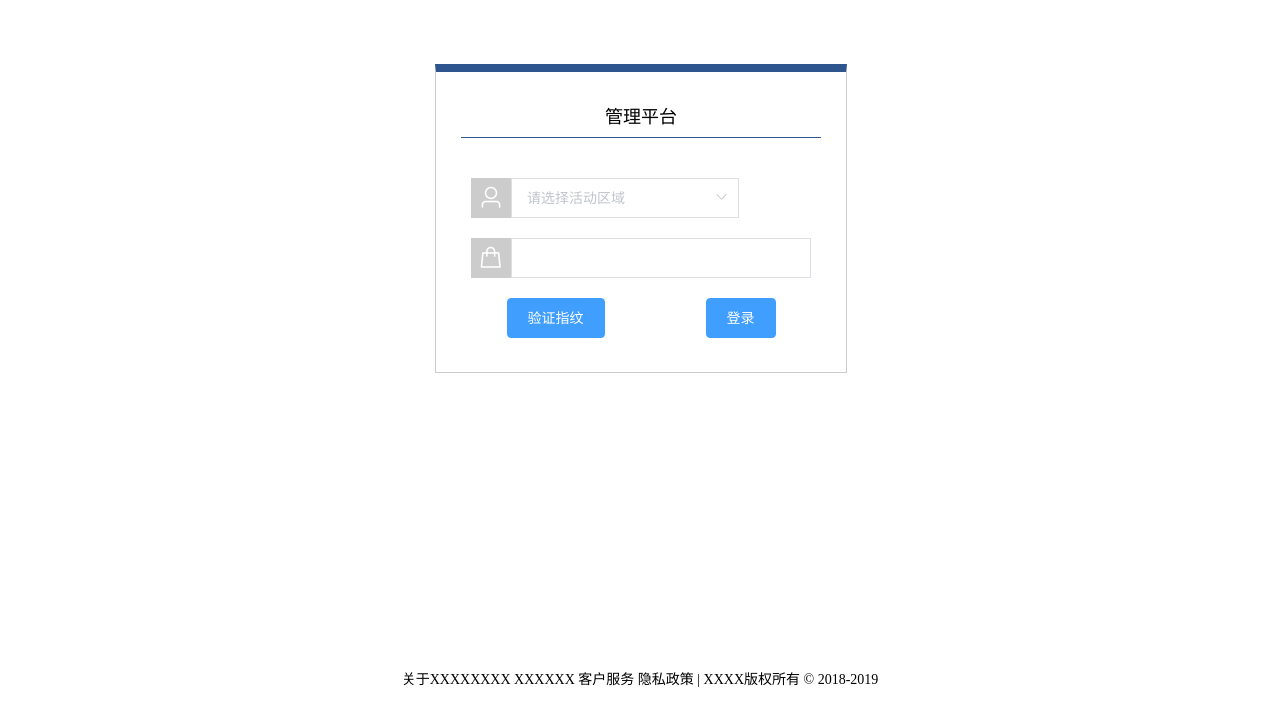
Repository: lff528/man_system
Page: /
These files come from the project's save history. The page is drawn as it stood at one moment and after the next save; the edit follows.
The browser window is 1280 px wide. The pictures show the whole page.
The project was rebuilt for these pictures with package versions that can differ from the ones it lists, and the page was loaded fresh each time.

Above is the page before, as saved 2020-01-03 13:41:21.

### index.html
<!DOCTYPE html>
<html>
  <head>
    <meta charset="utf-8">
    <meta name="viewport" content="width=device-width,initial-scale=1.0">
    <title>emcsWebUI</title>
  </head>
  <body>
    <div id="app"></div>
    <!-- built files will be auto injected -->
  </body>
</html>

### src/main.js
// The Vue build version to load with the `import` command
// (runtime-only or standalone) has been set in webpack.base.conf with an alias.
import Vue from 'vue'
import App from './App'
import router from './router'
import ElementUI from 'element-ui';
import 'element-ui/lib/theme-chalk/index.css';
import "./assets/css/reset.css";
// import "./assets/css/iconfont.css"
Vue.use(ElementUI);
Vue.config.productionTip = false

/* eslint-disable no-new */
new Vue({
  el: '#app',
  router,
  components: { App },
  template: '<App/>'
})

### src/router/index.js
import Vue from 'vue'
import Router from 'vue-router'
import login from '@/components/login'
import routers from "../until/router"


Vue.use(Router)

let routerAll = {
  routes: [
    {
      path: '/',
      name: 'login',
      component: login
    },
    {
      path: '/main',
      name: 'main',
      component: resolve => require(['@/view/main'], resolve),
      children:[{
        path: '/',
        name: 'shouye',
        component: resolve => require(['@/view/main/shouye'], resolve),
      },
      {
        path: '/quanzhanzonglan',
        name: 'quanzhanzonglan',
        component: resolve => require(['@/view/footerNav/quanzhanzonglan'], resolve),
      },
      {
        path: '/quanzhanbaowen',
        name: 'quanzhanbaowen',
        component: resolve => require(['@/view/footerNav/quanzhanbaowen'], resolve),
      },
      {
        path: '/yuexianxinxi',
        name: 'yuexianxinxi',
        component: resolve => require(['@/view/footerNav/yuexianxinxi'], resolve),
      },
      {
        path: '/yichangshebei',
        name: 'yichangshebei',
        component: resolve => require(['@/view/footerNav/yichangshebei'], resolve),
      },
    ]
    }
  ]
}
routers.forEach((item=>{
  if(item.children){


  item.children.forEach((itemA)=>{
    routerAll.routes[1].children.push({
      path: itemA.path,
      name: itemA.name,
      component: itemA.component,
    })
  })
}
}))

// console.log(routerAll.routes[1].children)
const router = new Router(routerAll)


export default router

### src/assets/css/reset.css
html{
	color:#000;
	background:#FFF;
}
body, div, dl, dt, dd, ul, ol, li,h1, h2, h3, h4, h5, h6, pre, code,form, fieldset, legend, input, button,textarea, p, blockquote, th, td {
	margin: 0;
	padding: 0;
	font-size: 14px;
}
html,body{
	height: 100%;
	background-color: #0b2b4a;
}
fieldset, img{
	border:0;
}
input,select,textarea{
	outline:none;
}
textarea{
	resize:none;
}
a{
	text-decoration:none;
}
table {
	border-collapse:collapse;
	border-spacing:0;
}
address,
caption,
cite,
code,
dfn,
em,
strong,
th,
var {
	font-style:normal;
	font-weight:normal;
}

ol,
ul {
	list-style:none;
}
/*版心*/
.w {
	width: 1170px;
	margin: 0 auto;
}

/* 万能清除浮动*/
.clearfix{
	zoom:1;
}
.clearfix:after{
    content: '';
    display:block;
    clear:both;
}

.left {
	float: left;
}

.right {
	float: right;
}

### src/components/login/index.vue
<template>
  <div class="login">
     <div class="login_header" :style="{height:curHeight+'px'}">
       <div class="main">
           <p class="main_title">管理平台</p>
          <div class="from_box">
              <p class="user_p">
                <span class="el-icon-user"></span>
                <el-select v-model="form.name" placeholder="请选择活动区域">
                  <el-option label="区域一" value="shanghai"></el-option>
                  <el-option label="区域二" value="beijing"></el-option>
                </el-select>
              </p>
              <p class="user_p">
                <span class="el-icon-goods" style="width:45px"></span>
                <el-input v-model="form.password"></el-input>
              </p>
              <p>
                 <el-button type="primary"  @click="onSubmit">验证指纹</el-button>
                  <el-button type="primary" @click="onSubmit">登录</el-button>
              </p>
          </div>
       </div>

     </div>
     <p class="login_footer">关于XXXXXXXX XXXXXX 客户服务 隐私政策 | XXXX版权所有 © 2018-2019</p>
  </div>
</template>

<script>
export default {
  name: 'login',
  data () {
    return {
      curHeight:'',
      form:{
        name:'',
        password:''
      }
    }
  },
  methods:{
    onSubmit(){
      this.$router.push('/main');

    }
  },
  beforeMount(height) {
      var h = document.documentElement.clientHeight || document.body.clientHeight;
      this.curHeight =h - 80; //减去页面上固定高度height
  },
}
</script>

<!-- Add "scoped" attribute to limit CSS to this component only -->
<style >
 .login .el-input__inner{
    border-radius: 0;
  }

</style>
<style scoped lang="less">

  .login{
      .login_header{
        background: white;
        .main{
          width: 360px;
          height: 250px;
          border: 1px solid #ccc;
          position: relative;
          left: 50%;
          margin-left: -205px;
          top: 10%;
          padding: 25px;
          background: white;
          border-top: 8px solid #2e558e;
          .main_title{
            height: 40px;
            text-align: center;
            line-height: 40px;
            border-bottom: 1px solid #2e558e;
            font-size: 18px;
            font-family: "\5FAE\8F6F\96C5\9ED1"
          }
          .from_box{
            p{
              margin-top: 20px;
              display: flex;
              span:first-child{
                display: inline-block;
                width: 40px;
                height: 40px;
                background: #ccc;
                font-size: 25px;
                line-height: 40px;
                text-align: center;
                color: white;
              }

            }
            p:first-child{
              margin-top: 40px;
            }
            .user_p{
              margin-left: 10px;
              margin-right: 10px;
            }
            p:last-child{
              display: flex;
              justify-content: space-around;
            }
          }
        }
      }
      .login_footer{
        height: 80px;
        line-height: 80px;
        text-align: center;
        background: white;
      }
  }
</style>

### src/until/router.js
let routers = [

    {
        title:"消防系统",
        icon:"el-icon-menu",
        children:[
            {
              icon:"el-icon-menu",
                path: '/xiaofangjiankong',
                name: 'xiaofangjiankong',
                component: resolve => require(['@/view/xiaofang/xiaofangjiankong'], resolve),
                title:'消防监控'
              },
              {
                path: '/huozaibaojing',
                name: 'huozaibaojing',
                component: resolve => require(['@/view/xiaofang/huozaibaojing'], resolve),
                title:'火灾报警系统'
              },
              {
                path: '/qitimiehuo',
                name: 'qitimiehuo',
                component: resolve => require(['@/view/xiaofang/qitimiehuo'], resolve),
                title:'气体灭火系统'
              },
              {
                path: '/xiaohuoshuan',
                name: 'xiaohuoshuan',
                component: resolve => require(['@/view/xiaofang/xiaohuoshuan'], resolve),
                title:'消火栓系统'
              },
              {
                path: '/miehuoqipeizhi',
                name: 'miehuoqipeizhi',
                component: resolve => require(['@/view/xiaofang/miehuoqipeizhi'], resolve),
                title:'灭火器配置'
              },
              {
                path: '/yingjizhaoming',
                name: 'yingjizhaoming',
                component: resolve => require(['@/view/xiaofang/yingjizhaoming'], resolve),
                title:'应急照明及疏散指示灯系统'
              },
              {
                path: '/paizhuzhudan',
                name: 'paizhuzhudan',
                component: resolve => require(['@/view/xiaofang/paizhuzhudan'], resolve),
                title:'变压器排油注氮'
              },
              {
                path: '/shuipenwumiehuo',
                name: 'shuipenwumiehuo',
                component: resolve => require(['@/view/xiaofang/shuipenwumiehuo'], resolve),
                title:'变压器水喷雾灭火'
              }
        ]
    },
    {
        title:"安全防范",
        icon:"el-icon-menu",
        children:[
            {
                path: '/anquanfangfan',
                name: 'anquanfangfan',
                component: resolve => require(['@/view/anquanfangfan/anquanfangfan'], resolve),
                title:'安全防范系统'
              },
              {
                path: '/binadianzhanZj',
                name: 'binadianzhanZj',
                component: resolve => require(['@/view/anquanfangfan/binadianzhanZj'], resolve),
                title:'变电站周界系统'
              },
              {
                path: '/shineihongwaiSj',
                name: 'shineihongwaiSj',
                component: resolve => require(['@/view/anquanfangfan/shineihongwaiSj'], resolve),
                title:'室内红外双鉴系统'
              },
              {
                path: '/menjinkongzhi',
                name: 'menjinkongzhi',
                component: resolve => require(['@/view/anquanfangfan/menjinkongzhi'], resolve),
                title:'门禁控制系统'
              },
              {
                path: '/menjinjilu',
                name: 'menjinjilu',
                component: resolve => require(['@/view/anquanfangfan/menjinjilu'], resolve),
                title:'门禁记录系统'
              },

        ]
    },
    {
      title:"在线监测",
      icon:"el-icon-menu",
      children:[
          {
              path: '/zaixianjiance',
              name: 'zaixianjiance',
              component: resolve => require(['@/view/zaixianjiance/zaixianjiance'], resolve),
              title:'在线监测主界面'
            },
            {
              path: '/yousepu',
              name: 'yousepu',
              component: resolve => require(['@/view/zaixianjiance/yousepu'], resolve),
              title:'油色谱在线监测'
            },
            {
              path: '/zhubianjufang',
              name: 'zhubianjufang',
              component: resolve => require(['@/view/zaixianjiance/zhubianjufang'], resolve),
              title:'主变局放在线监测'
            },
            {
              path: '/GISjufang',
              name: 'GISjufang',
              component: resolve => require(['@/view/zaixianjiance/GISjufang'], resolve),
              title:'GIS局放在线监测'
            },
            {
              path: '/bileiqi',
              name: 'bileiqi',
              component: resolve => require(['@/view/zaixianjiance/bileiqi'], resolve),
              title:'避雷器在线监测'
            },
            {
              path: '/GISqishi',
              name: 'GISqishi',
              component: resolve => require(['@/view/zaixianjiance/GISqishi'], resolve),
              title:'GIS气室SF6压力监测'
            },
            {
              path: '/shineiSF6qiti',
              name: 'shineiSF6qiti',
              component: resolve => require(['@/view/zaixianjiance/shineiSF6qiti'], resolve),
              title:'室内SF6气体泄漏监测'
            },

      ]
    },
    {
      title:"给排水系统",
      icon:"el-icon-menu",
      children:[
          {
              path: '/jipaishui',
              name: 'jipaishui',
              component: resolve => require(['@/view/jipaishui/jipaishui'], resolve),
              title:'给排水系统主界面'
            },
            {
              path: '/jishui',
              name: 'jishui',
              component: resolve => require(['@/view/jipaishui/jishui'], resolve),
              title:'给水系统'
            },
            {
              path: '/paishui',
              name: 'paishui',
              component: resolve => require(['@/view/jipaishui/paishui'], resolve),
              title:'排水系统'
            },
            {
              path: '/yuzhishezhi',
              name: 'yuzhishezhi',
              component: resolve => require(['@/view/jipaishui/yuzhishezhi'], resolve),
              title:'阈值设置'
            },
      ]
    },
    {
      title:"环境监控",
      icon:"el-icon-menu",
      children:[
          {
              path: '/huanjingjiankong',
              name: 'huanjingjiankong',
              component: resolve => require(['@/view/huanjingjiankong/huanjingjiankong'], resolve),
              title:'环境监控系统'
            },
            {
              path: '/kongtiaonuantong',
              name: 'kongtiaonuantong',
              component: resolve => require(['@/view/huanjingjiankong/kongtiaonuantong'], resolve),
              title:'空调暖通系统'
            },
            {
              path: '/shengchanzonghelou',
              name: 'shengchanzonghelou',
              component: resolve => require(['@/view/huanjingjiankong/shengchanzonghelou'], resolve),
              title:'生产综合楼'
            },
            {
              path: '/zhanquqixiang',
              name: 'zhanquqixiang',
              component: resolve => require(['@/view/huanjingjiankong/zhanquqixiang'], resolve),
              title:'站区气象'
            },

      ]
    },
    {
      title:"照明控制",
      icon:"el-icon-menu",
      children:[
          {
              path: '/zhaomingkongzhi',
              name: 'zhaomingkongzhi',
              component: resolve => require(['@/view/zhaomingkongzhi/zhaomingkongzhi'], resolve),
              title:'照明控制系统'
            },
            {
              path: '/shengchanzonghelou',
              name: 'shengchanzonghelou',
              component: resolve => require(['@/view/zhaomingkongzhi/shengchanzonghelou'], resolve),
              title:'生产综合楼系统'
            },
      ]
    },
    {
      title:"智能联动",
      icon:"el-icon-menu",
      children:[
          {
              path: '/liandongpeizhi',
              name: 'liandongpeizhi',
              component: resolve => require(['@/view/zhinengliandong/liandongpeizhi'], resolve),
              title:'联动配置'
            },
            {
              path: '/liandongxinxi',
              name: 'liandongxinxi',
              component: resolve => require(['@/view/zhinengliandong/liandongxinxi'], resolve),
              title:'联动信息'
            },
      ]
    },
    {
      title:"智能锁控",
      icon:"el-icon-menu",
      children:[
          {
            path: '/zhinengsuokong',
            name: 'zhinengsuokong',
            component: resolve => require(['@/view/zhinengsuokong/zhinengsuokong'], resolve),
            title:'智能锁控首页'
          },
          {
            path: '/renwushouquan',
            name: 'renwushouquan',
            component: resolve => require(['@/view/zhinengsuokong/renwushouquan'], resolve),
            title:'任务授权'
          },
          {
            path: '/lishichaxun',
            name: 'lishichaxun',
            component: resolve => require(['@/view/zhinengsuokong/lishichaxun'], resolve),
            title:'历史查询'
          },
          {
            path: '/suokongquanxianshezhi',
            name: 'suokongquanxianshezhi',
            component: resolve => require(['@/view/zhinengsuokong/suokongquanxianshezhi'], resolve),
            title:'锁控权限设置'
          }
      ]
    },
    {
      title:"系统配置",
      icon:"el-icon-menu",
      children:[
          {
            path: '/yonghuguanli',
            name: 'yonghuguanli',
            component: resolve => require(['@/view/xitongpeizhi/yonghuguanli'], resolve),
            title:'用户管理'
          },
          {
            path: '/caidanguanli',
            name: 'caidanguanli',
            component: resolve => require(['@/view/xitongpeizhi/caidanguanli'], resolve),
            title:'菜单管理'
          },
          {
            path: '/jueseguanli',
            name: 'jueseguanli',
            component: resolve => require(['@/view/xitongpeizhi/jueseguanli'], resolve),
            title:'角色管理'
          },
          {
            path: '/zuzhijiagou',
            name: 'zuzhijiagou',
            component: resolve => require(['@/view/xitongpeizhi/zuzhijiagou'], resolve),
            title:'组织架构管理'
          },
          {
            path: '/zhanduanweihu',
            name: 'zhanduanweihu',
            component: resolve => require(['@/view/xitongpeizhi/zhanduanweihu'], resolve),
            title:'站端维护'
          },
          {
            path: '/quyuguanli',
            name: 'quyuguanli',
            component: resolve => require(['@/view/xitongpeizhi/quyuguanli'], resolve),
            title:'区域管理'
          },
          {
            path: '/shebeiguanli',
            name: 'shebeiguanli',
            component: resolve => require(['@/view/xitongpeizhi/shebeiguanli'], resolve),
            title:'设备管理'
          },
          {
            path: '/shebeishujumoban',
            name: 'shebeishujumoban',
            component: resolve => require(['@/view/xitongpeizhi/shebeishujumoban'], resolve),
            title:'设备数据模板配置'
          },
          {
            path: '/shebeibushu',
            name: 'shebeibushu',
            component: resolve => require(['@/view/xitongpeizhi/shebeibushu'], resolve),
            title:'设备部署'
          },
          {
            path: '/xitongshezhi',
            name: 'xitongshezhi',
            component: resolve => require(['@/view/xitongpeizhi/xitongshezhi'], resolve),
            title:'系统设置'
          }
      ]
    }
]
export default routers

Loaded but not shown: src/App.vue (common file)

After the next save:
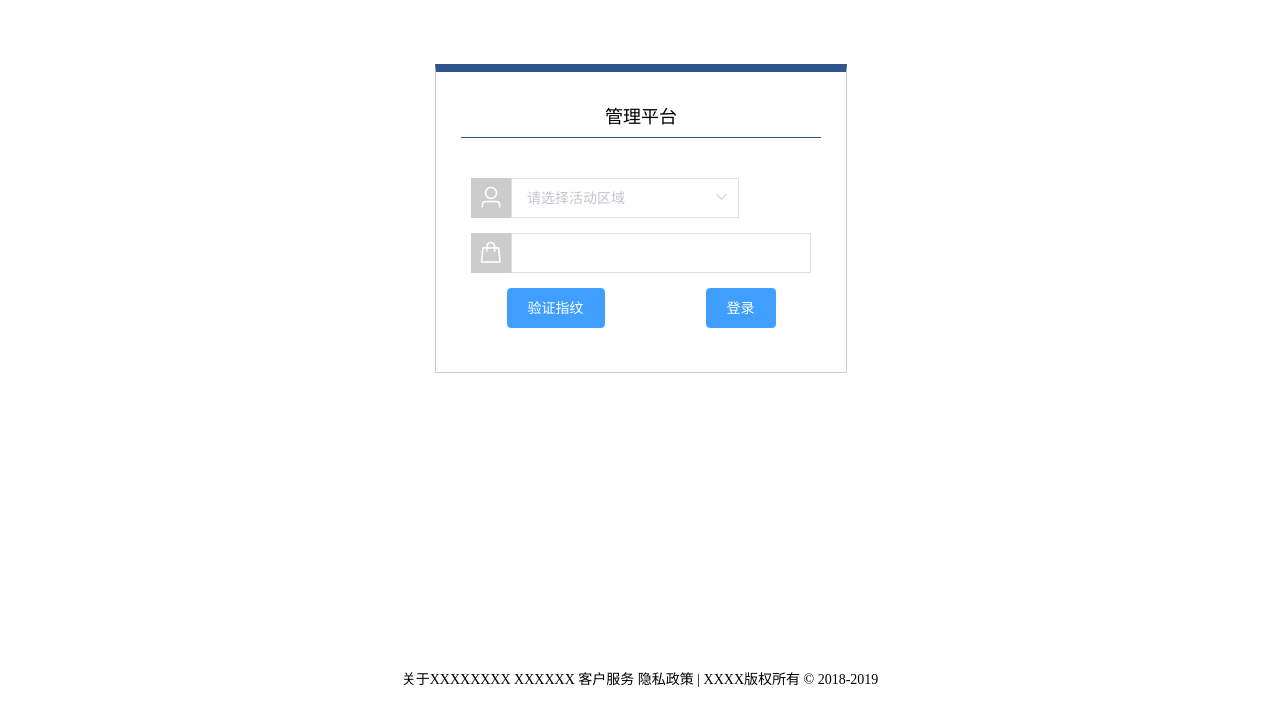
Saved 19 s later.
--- a/src/components/login/index.vue
+++ b/src/components/login/index.vue
@@ -85,7 +85,7 @@
           }
           .from_box{
             p{
-              margin-top: 20px;
+              margin-top: 15px;
               display: flex;
               span:first-child{
                 display: inline-block;

After the save that followed:
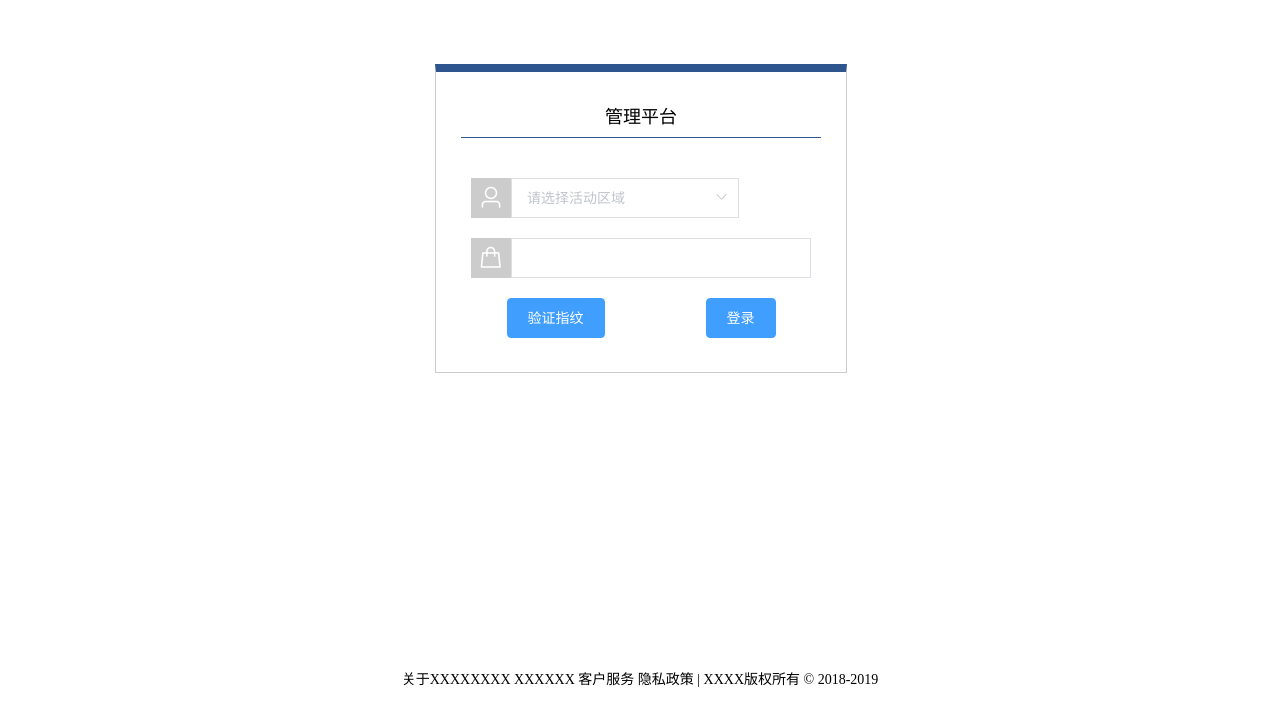
Saved 14 s later.
--- a/src/components/login/index.vue
+++ b/src/components/login/index.vue
@@ -85,7 +85,7 @@
           }
           .from_box{
             p{
-              margin-top: 15px;
+              margin-top: 20px;
               display: flex;
               span:first-child{
                 display: inline-block;
